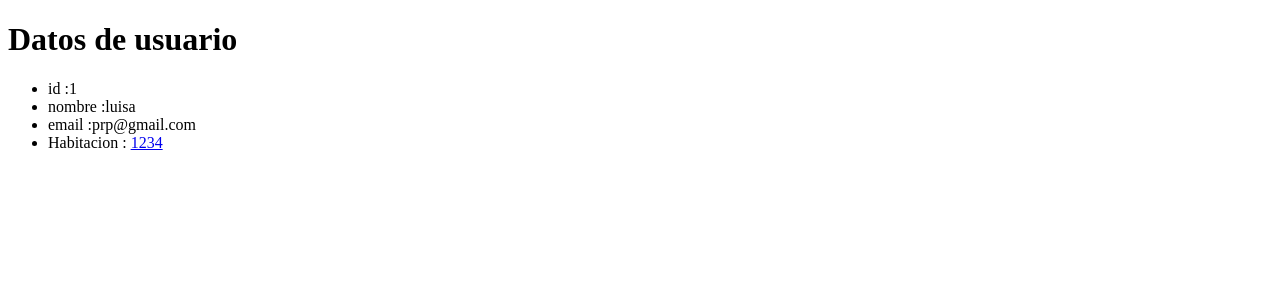
Repository: borjasegui/javaWeb
Page: http://localhost/HelloMVC/Usuario?id=1
An editor plug-in stored every save of this project. The page is shown before and after the next save, followed by the edit.
The browser window is 1280 px wide. The pictures show the whole page.
The page is served by Tomcat 9. Other server files are loaded and not shown.

Above is the page before, as saved 2018-11-14 08:08:36.

### java-web/HelloMVC/WebContent/usuario.jsp

<%@ page language="java" contentType="text/html; charset=UTF-8"
	pageEncoding="UTF-8"%>

<!DOCTYPE html>
<html>
<head>
<meta charset="UTF-8">
<title>Usuario</title>
</head>
<body>

	<h1>Datos de usuario</h1>
	<ul>
		<li>id :${elusuario.id}</li>
		<li>nombre :${elusuario.name}</li>
		<li>email :${elusuario.email}</li>
		<li>Habitacion : <a href="./HabitacionServlet?id=${elusuario.habitacion.hid}">${elusuario.habitacion.hid}</a></li>
	</ul>

</body>
</html>

### java-web/HelloMVC/src/com/borja/controllers/UsuarioServlet.java
package com.borja.controllers;

import java.io.IOException;
import javax.servlet.ServletException;
import javax.servlet.annotation.WebServlet;
import javax.servlet.http.HttpServlet;
import javax.servlet.http.HttpServletRequest;
import javax.servlet.http.HttpServletResponse;

import com.borja.database.BBDD;
import com.borja.models.Usuario;


@WebServlet("/Usuario")
public class UsuarioServlet extends HttpServlet {
	private static final long serialVersionUID = 1L;




	protected void doGet(HttpServletRequest request, HttpServletResponse response) throws ServletException, IOException {

		String idusuario =request.getParameter("id");
		System.out.println("id recibido:"+ idusuario);

		int idU = Integer.parseInt(idusuario);
		BBDD bbdd = new BBDD();



		request.setAttribute("elusuario", bbdd.getUsuarioById(idU));

		request.getRequestDispatcher("/usuario.jsp").forward(request, response);
	}


	protected void doPost(HttpServletRequest request, HttpServletResponse response) throws ServletException, IOException {
		// TODO Auto-generated method stub
		doGet(request, response);
	}

}

### java-web/HelloMVC/src/com/borja/database/BBDD.java
package com.borja.database;

import java.util.ArrayList;

import com.borja.models.Habitacion;
import com.borja.models.Usuario;

public class BBDD {
	public ArrayList<Usuario> usuarios = new ArrayList<Usuario>();

	public ArrayList<Habitacion> Habitaciones = new ArrayList<Habitacion>();

	public BBDD() {
		this.fillUsuarios();
		this.fillHabitaciones();
		this.relacionaruserhab();
	}
	private boolean fillUsuarios() {

		usuarios.add(new Usuario(1, "luisa","prp@gmail.com", null));
		usuarios.add(new Usuario(2, "petra","amaia@gmail.com", null));
		usuarios.add(new Usuario(3, "pedro","ricardorsdp@gmail.com", null));

		return true;
	}
	private boolean fillHabitaciones() {
		Habitaciones.add(new Habitacion(3456,"cantarranas n3", 256));
		Habitaciones.add(new Habitacion(43432,"calle real n45", 256));
		Habitaciones.add(new Habitacion(1234,"cañada real n 9", 256));

		return true;
	}

	 private boolean relacionaruserhab() {
		 usuarios.get(0).setHabitacion(Habitaciones.get(2));
		 usuarios.get(1).setHabitacion(Habitaciones.get(1));
		 usuarios.get(2).setHabitacion(Habitaciones.get(0));

		 return true;
	/*
	 * metodo que en funcion del id me devuelve un objeto usuario concreto si no existe
	 * devuelve null
	 */
	 }
	 public Usuario getUsuarioById(int id) {
		 Usuario usuarioADevolver=null;
		 //iteramos por cada usuario y cmparamos su id con el que nos indica

		 for (Usuario unUsuario : usuarios) {
			 if(unUsuario.getId() == id) {
				 usuarioADevolver = unUsuario;
				 break;
			 }

		}

		 return usuarioADevolver;
	 }

	 public Habitacion getHabitacionByHid(int hid) {
		  Habitacion habitacionADevolver=null;
		 //iteramos por cada usuario y cmparamos su id con el que nos indica

		 for (Habitacion unaHabitacion : Habitaciones) {

			 if(unaHabitacion.getHid() == hid) {

				habitacionADevolver = unaHabitacion;
				 break;
			 }

		}

		 return habitacionADevolver;
	 }
}

### java-web/HelloMVC/src/com/borja/models/Usuario.java
package com.borja.models;

public class Usuario {
	private int id;
	private String name;
	private String email;
	private Habitacion habitacion;

	public Usuario(int id, String name, String email,Habitacion habitacion) {
		this.id = id;
		this.name = name;
		this.email = email;
		this.habitacion = habitacion;
	}

	public int getId() {
		return id;
	}

	public void setId(int id) {
		this.id = id;
	}

	public String getName() {
		return name;
	}

	public void setName(String name) {
		this.name = name;
	}

	public String getEmail() {
		return email;
	}

	public void setEmail(String email) {
		this.email = email;
	}

	public Habitacion getHabitacion() {
		return habitacion;
	}

	public void setHabitacion(Habitacion habitacion) {
		this.habitacion = habitacion;
	}






}

### java-web/HelloMVC/src/com/borja/models/Habitacion.java
package com.borja.models;

public class Habitacion {
	private int hid;
	private String calle;
	private double metros;

	public Habitacion(int hid, String calle, double metros) {
		this.hid = hid;
		this.calle = calle;
		this.metros = metros;
	}

	public int getHid() {
		return hid;
	}

	public void setHid(int hid) {
		this.hid = hid;
	}

	public String getCalle() {
		return calle;
	}

	public void setCalle(String calle) {
		this.calle = calle;
	}

	public double getMetros() {
		return metros;
	}

	public void setMetros(double metros) {
		this.metros = metros;
	}


}

After the next save:
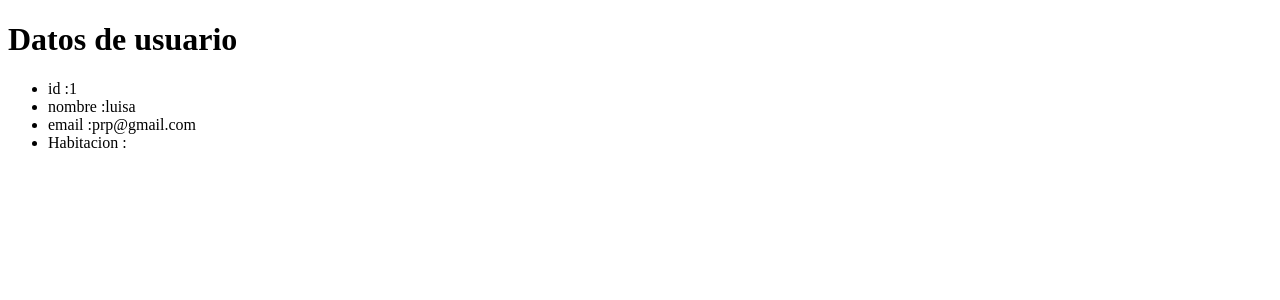
Saved 59 s later.
--- a/java-web/HelloMVC/WebContent/usuario.jsp
+++ b/java-web/HelloMVC/WebContent/usuario.jsp
@@ -15,7 +15,7 @@
 		<li>id :${elusuario.id}</li>
 		<li>nombre :${elusuario.name}</li>
 		<li>email :${elusuario.email}</li>
-		<li>Habitacion : <a href="./HabitacionServlet?id=${elusuario.habitacion.hid}">${elusuario.habitacion.hid}</a></li>
+		<li>Habitacion : <a href="./HabitacionServlet?id=${laHabitacion.habitacion.hid}">${laHabitacion.habitacion.hid}</a></li>
 	</ul>
 
 </body>

After the save that followed:
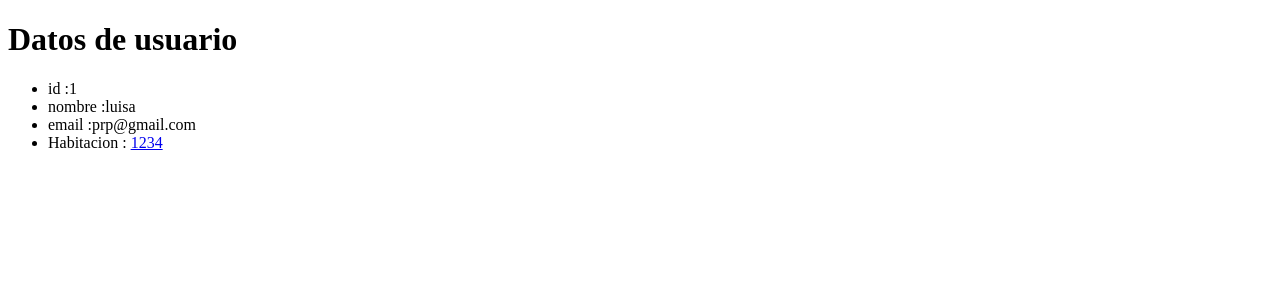
Saved 18 s later.
--- a/java-web/HelloMVC/WebContent/usuario.jsp
+++ b/java-web/HelloMVC/WebContent/usuario.jsp
@@ -15,7 +15,7 @@
 		<li>id :${elusuario.id}</li>
 		<li>nombre :${elusuario.name}</li>
 		<li>email :${elusuario.email}</li>
-		<li>Habitacion : <a href="./HabitacionServlet?id=${laHabitacion.habitacion.hid}">${laHabitacion.habitacion.hid}</a></li>
+		<li>Habitacion : <a href="./HabitacionServlet?id=${elusuario.habitacion.hid}">${elusuario.habitacion.hid}</a></li>
 	</ul>
 
 </body>
